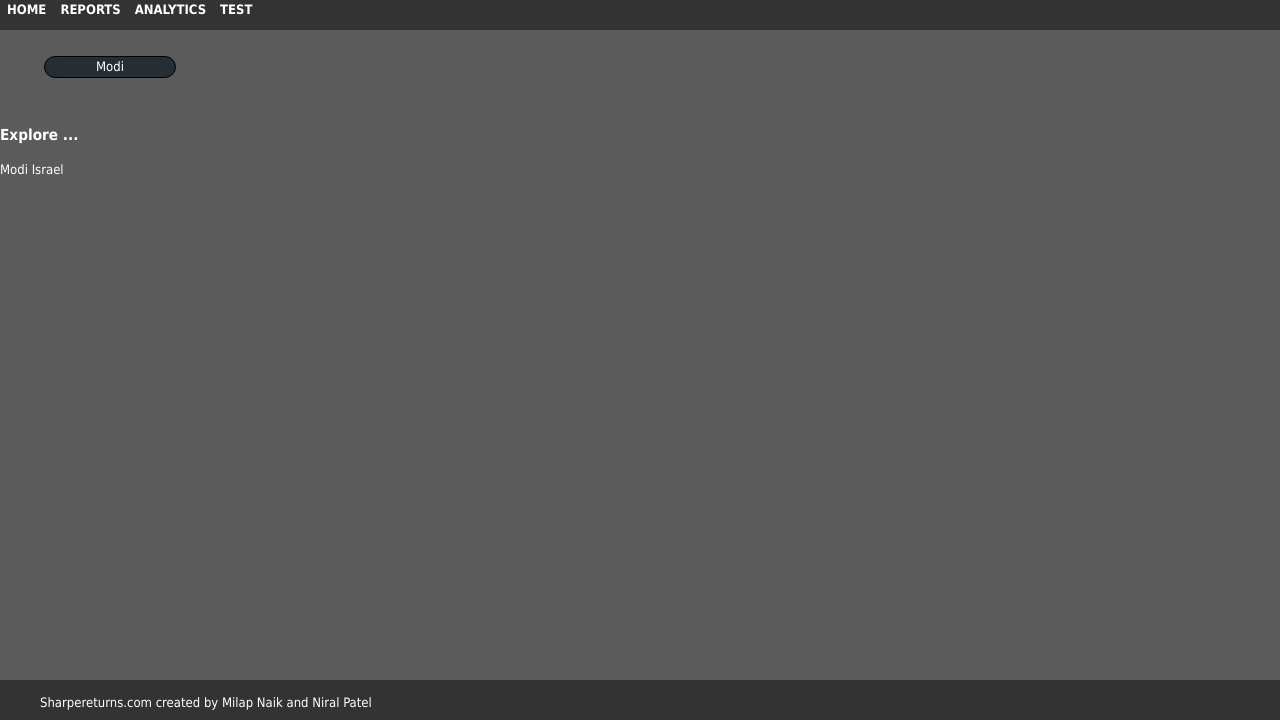
Repository: MilapNaik/Sharpereturns
Page: index.html
The author's editor kept a record of every edit. The page is drawn from the files as they stood at one moment, then again after the next edit.
The browser window is 1280 px wide. The pictures show the whole page.

Above is the page before.

### index.html
<!DOCTYPE html>
<html>
<head>
<meta charset="UTF-8">
<meta name="description" content="Finance Forum">
<meta name="keywords" content="Share Economy, India, Finance, Stocks,
								Analysis, Uber, Lyft, TaskRabbit">
<meta name="author" content="Milap Naik">

	<title>BSE Review</title>

	<link rel="stylesheet" type="text/css" href="style.css"/>

	<!--[if lt IE 9]>
  	<script src="http://html5shiv.googlecode.com/svn/trunk/html5.js"></script>
  	<![endif]-->
</head>
<body>
	<nav>
	<ul>
		<li><a href="/index">Home</a></li>
		<li><a href="/reports">Reports</a></li>
		<li><a href="/analytics">Analytics</a></li>
		<li><a href="/test">test</a></li>
	</ul>
	</nav>

	<br>
	<br>

	<section>
	<ul>
		<li><a href="/modi.php">Modi</a></li>
	</ul>
    </section>
    <br>
    <br>
    <br>
    <section id = "outer">
    	<section id = "inner">
    		<h1 id="title">
    			Explore ...
    		</h1>
    	Modi
    	Israel
    	</section>
    </section>
</body>
<footer>
	<p>Sharpereturns.com created by Milap Naik and Niral Patel</p>
</footer>
</html>

### style.css
header, footer, aside, nav, section, main, article, figure {
    display: block;
}

body {
    margin: 0;
    padding: 0;
    color: #FFFFFF;
    font-family: Tahoma, Geneva, sans-serif;
    font-size: 13px;
    line-height: 1.5em;
    background-color: #5b5b5b;/*#FEFEF3;*/

}

nav {
    background-color: #333;
    width: 100%;
    height: 30px;
    top: 0;
    position: fixed;
}
nav ul {
    list-style-type: none;
    margin: 0;
    padding: 0;
    overflow: hidden;
    width: 1000px;

}
nav ul li {
    list-style-type: none;
    display: inline;
    float: left;
}

nav a:link,
nav a:visited {
    /*display: block;*/
    width: 135px;
    font-weight: bold;
    color: #FFFFFF;
    background-color: #333;
    text-align: center;
    padding: 7px;
    text-decoration: none;
    text-transform: uppercase;
}

h3{ font-weight:bold; }
h5{ font-style: italic; }
p{ margin-left: 40px; }

#holders {
    /*Table in reports*/
    width:70%;
    margin-left:15%;
    margin-right:15%;
    }

section ul {
    list-style-type: none;
}

section ul li{
    list-style-type: none;

    float: left;
}

section a:link,
section a:visited {
    /*group of links in index & share*/
    display: block;
    width: 130px;
    color: #FFFFFF;
    background-color: #262e34;
    text-align: center;
    margin: 4px;
    border: 1px solid black;
    border-radius: 20px;
    text-decoration: none;
}
section a:hover {
    /*group of links in index & share*/
    display: block;
    width: 130px;
    color: #FFFFFF;
    background-color: brown;
    text-align: center;
    margin: 4px;
    border: 1px solid black;
    border-radius: 20px;
    text-decoration: none;
}
footer {
    background-color: #333;
    width: 100%;
    height: 40px;
    bottom: 0;
    position: fixed;
}

.date{
    position: absolute;
    right: 0px;
    bottom: 0px;
}

#sidebar{
    float: right;
    width: 25%;
    border-left: 1px solid black;
    padding: 5px;
}

After the next edit:
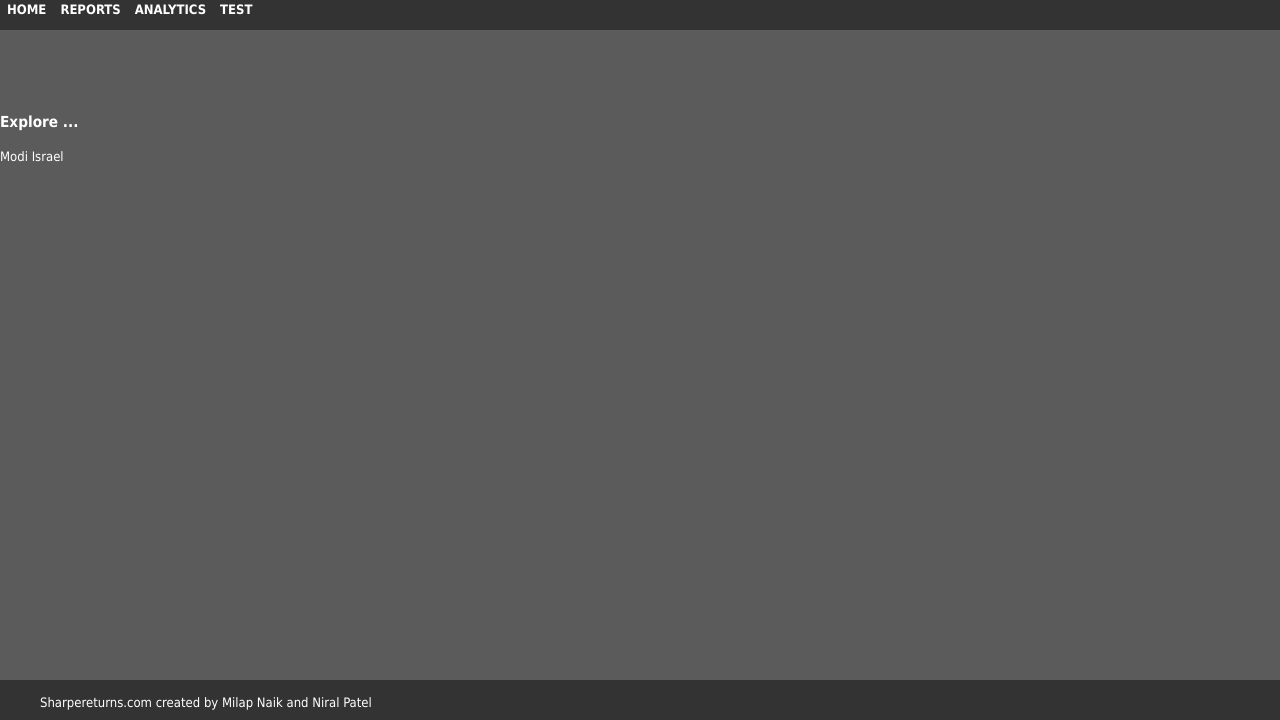
The edit:
--- a/index.html
+++ b/index.html
@@ -28,11 +28,6 @@
 	<br>
 	<br>
 
-	<section>
-	<ul>
-		<li><a href="/modi.php">Modi</a></li>
-	</ul>
-    </section>
     <br>
     <br>
     <br>
